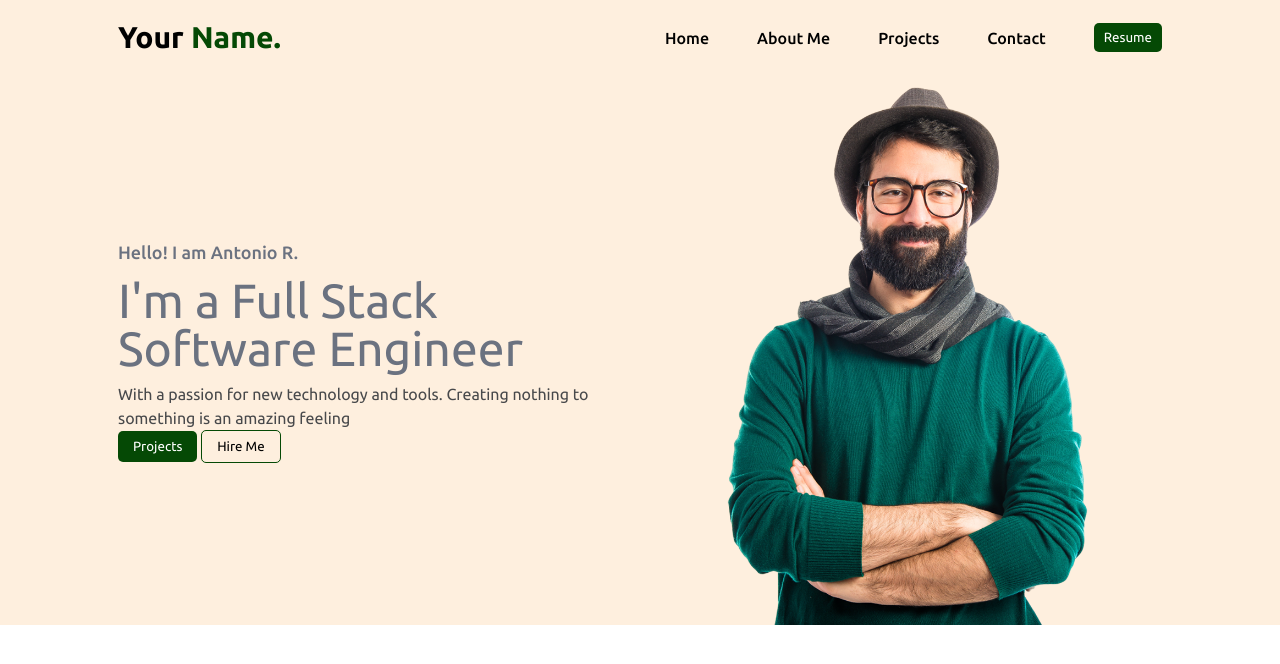
Repository: DevAntonioRogers/vanilla-portfolio
Page: index.html
An editor plug-in stored every save of this project. The page is shown before and after the next save, followed by the edit.
The browser window is 1280 px wide. The pictures show the whole page.

Above is the page before, as saved 2023-07-14 22:22:33.

### index.html
<!DOCTYPE html>
<html lang="en">
  <head>
    <meta charset="UTF-8" />
    <meta name="viewport" content="width=device-width, initial-scale=1.0" />
    <link rel="stylesheet" href="style.css" />
    <title>Antonio Rogers</title>
  </head>
  <body>
    <nav>
      <div class="container navbar">
        <a href="/" aria-label="Home">
          <h1>Your <span>Name.</span></h1></a
        >
        <ul>
          <li>
            <a href="/" aria-label="Home">Home</a>
          </li>
          <li>
            <a href="/" aria-label="About Me">About Me</a>
          </li>
          <li>
            <a href="/" aria-label="Projects">Projects</a>
          </li>
          <li>
            <a href="/" aria-label="Contact">Contact</a>
          </li>
          <li>
            <a href="/resume.pdf" download aria-label="Download Resume">
              <button class="navbar-button">Resume</button>
            </a>
          </li>
        </ul>
      </div>
    </nav>

    <section class="hero">
      <div class="container hero-container">
        <div class="hero-info">
          <h4>Hello! I am Antonio R.</h4>
          <h1>I'm a Full Stack Software Engineer</h1>
          <p>With a passion for new technology and tools. Creating nothing to something is an amazing feeling</p>

          <div class="hero-btn-container">
            <button>Projects</button>
            <button>Hire Me</button>
          </div>
        </div>

        <div class="hero-image-container">
          <img src="hero.png" alt="" />
        </div>
      </div>
    </section>
  </body>
</html>

### style.css
@import url("https://fonts.googleapis.com/css2?family=Ubuntu:wght@300;400;500;700&display=swap");

* {
  box-sizing: border-box;
  padding: 0;
  margin: 0;
  font-family: "Ubuntu", sans-serif;
}

a {
  text-decoration: none;
  color: inherit;
}

li {
  list-style: none;
}

.container {
  width: 89%;
  margin: auto;
  max-width: 1044px;
}

/* NAVBAR STYLING */

nav {
  background: #feefde;
  padding: 20px 0;
}

.navbar {
  display: flex;
  justify-content: space-between;
  align-items: center;
}

.navbar h1 {
  font-size: 30px;
  font-weight: 700;
}

.navbar span {
  color: rgb(5, 73, 5);
}

.navbar ul {
  display: flex;
  align-items: center;
  gap: 3rem;
}

.navbar ul li {
  font-weight: 500;
}

.navbar-button {
  background-color: rgb(5, 73, 5);
  padding: 7px 10px;
  border-radius: 5px;
  color: white;
  border: none;
}

/* HERO STYLES */

.hero {
  background-color: #feefde;
}

.hero-container {
  display: grid;
  grid-template-columns: repeat(2, minmax(0, 1fr));
  align-items: center;
  gap: 1.5rem;
}

.hero-image-container {
  display: flex;
  justify-content: center;
  align-items: center;
}

.hero-info h4 {
  font-size: 1.12rem;
  line-height: 1.75rem;
  color: #6b7280;
  font-weight: 500;
  margin-bottom: 10px;
}

.hero-info h1 {
  font-size: 3rem;
  line-height: 1;
  color: #6b7280;
  font-weight: 400;
  margin-bottom: 10px;
}

.hero-info p {
  font-size: 1rem;
  line-height: 1.5rem;
  font-weight: 400;
  color: #48494b;
}

.hero-btn-container button:nth-child(1) {
  background-color: rgb(5, 73, 5);
  color: white;
  border: none;
  padding: 8px 15px;
  border-radius: 5px;
}

.hero-btn-container button:nth-child(2) {
  background-color: transparent;
  padding: 8px 15px;
  border-radius: 5px;
  border: solid 1px rgb(5, 73, 5);
}

.hero-container img {
  height: 550px;
  position: relative;
}

After the next save:
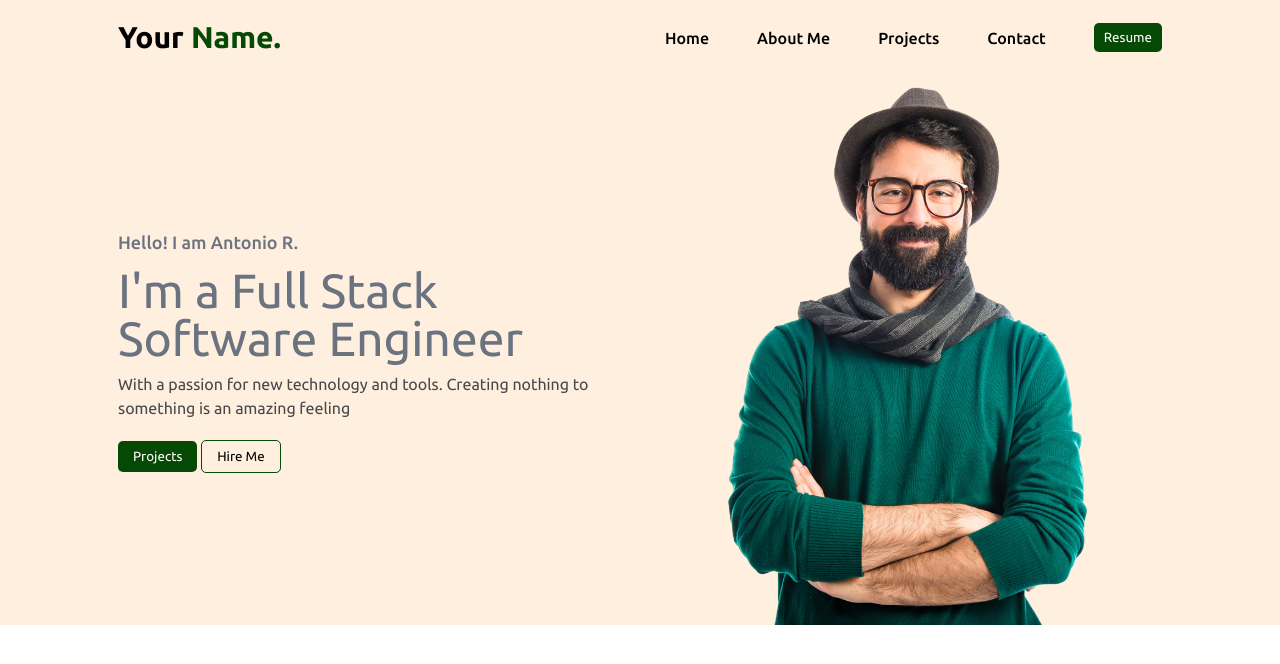
Saved 30 s later.
--- a/style.css
+++ b/style.css
@@ -104,6 +104,9 @@ nav {
   color: #48494b;
 }
 
+.hero-btn-container {
+  margin-top: 20px;
+}
 .hero-btn-container button:nth-child(1) {
   background-color: rgb(5, 73, 5);
   color: white;
